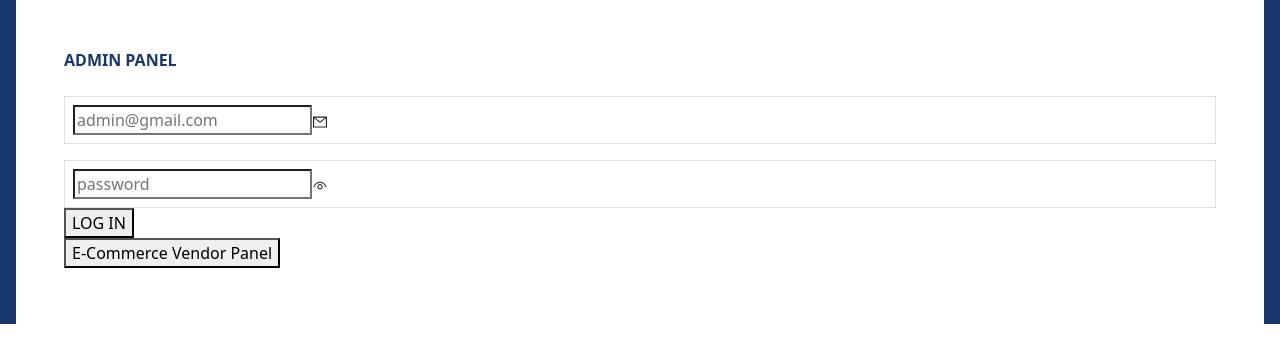
Repository: FlyweisReact/AnilAdminPanel
Page: /
These files come from the project's save history. The page is drawn as it stood at one moment and after the next save; the edit follows.
The browser window is 1280 px wide. The pictures show the whole page.
Some web libraries are served in a nearby version. The project was rebuilt for these pictures with package versions that can differ from the ones it lists, and the page was loaded fresh each time. Also part of the build but not shown: src/index.css, src/E-CommerceAdmin/Modals/Modals.js, src/E-CommerceAdmin/layout/Navbar.jsx, src/E-CommerceAdmin/layout/Sidebar.jsx, src/E-CommerceAdmin/layout/HOC.jsx, src/E-CommerceAdmin/pages/Dashboard.jsx, src/E-CommerceAdmin/pages/ECategory.js, src/E-CommerceAdmin/pages/EProduct.js and 16 more. Imported but missing from the stored project, and not drawn on this page: src/E-CommerceVendor/pages/EVCategory, src/E-CommerceVendor/pages/EVDashboard, src/E-CommerceVendor/pages/EVOrders, src/E-CommerceVendor/pages/EVProduct, src/E-CommerceVendor/pages/EVSubCategory.

Above is the page before, as saved 2023-05-04 13:14:57.

After the next save:
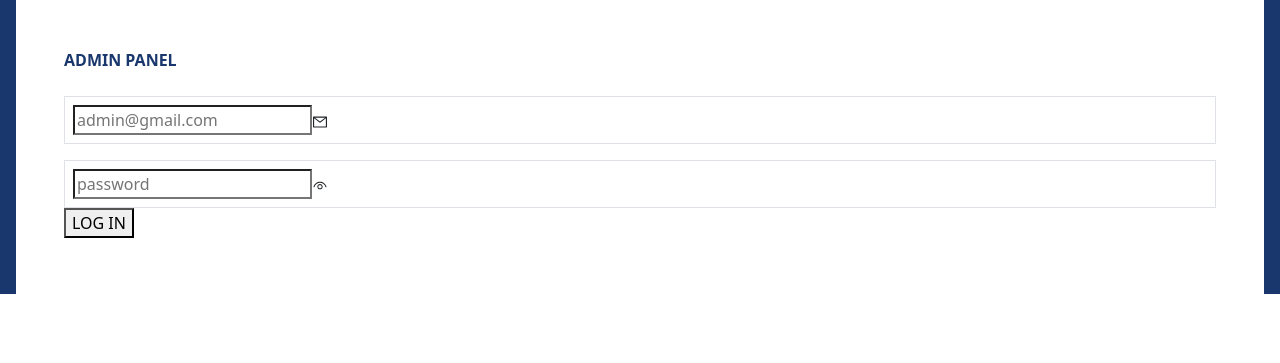
Saved 66 min 0 s later.
--- a/src/E-CommerceAdmin/forms/Login.jsx
+++ b/src/E-CommerceAdmin/forms/Login.jsx
@@ -97,14 +97,7 @@ const Login = () => {
                 "LOG IN"
               )}
             </button>
-            <br />
-            <button
-              type="button"
-              onClick={() => navigate("/E-Commerce/vendor/login")}
-              className="EcommerceVendorLogin  "
-            >
-              E-Commerce Vendor Panel
-            </button>
+
           </section>
         </form>
       </div>
